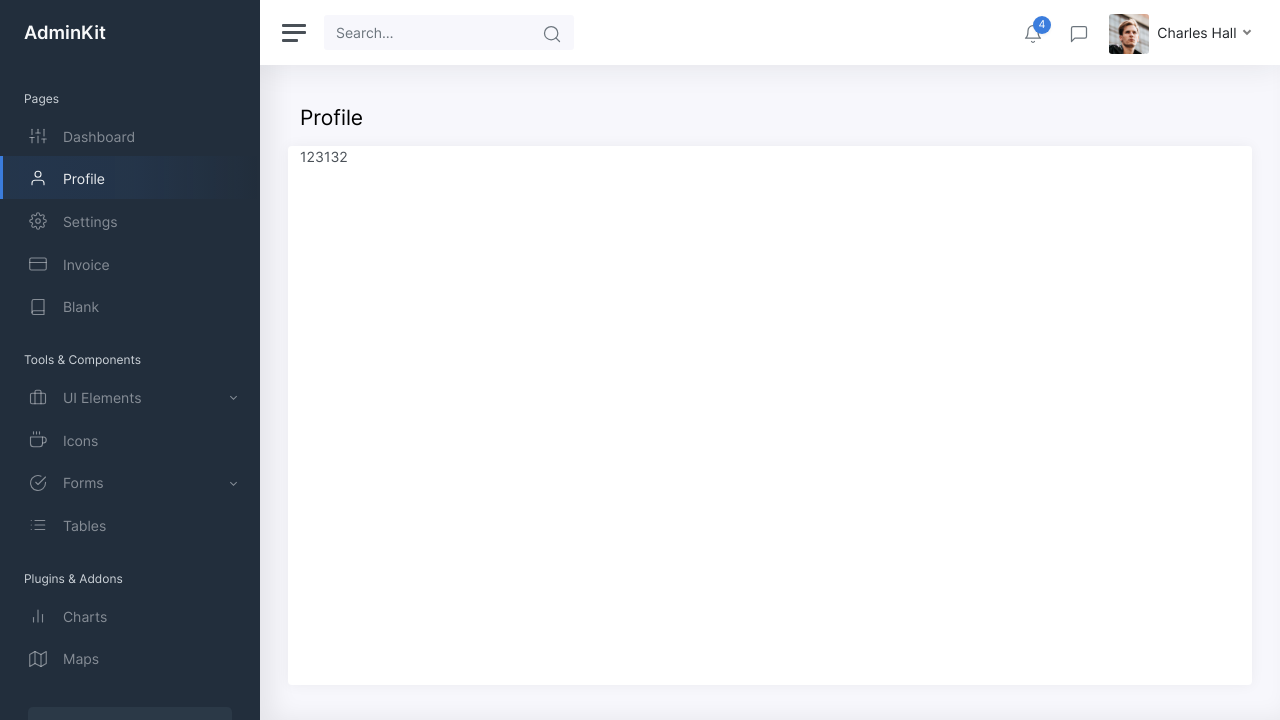
Repository: yuwei0922/WHURS-WGIS
Page: final_project/pages-profile.html
The author's editor kept a copy of each file at every save. The page is drawn from the files as they stood at one save, then again after the next save.
The browser window is 1280 px wide. The pictures show the whole page.

Above is the page before, as saved 2022-12-21 20:46:56.
Not found: final_project/js/vendor.js

After the next save:
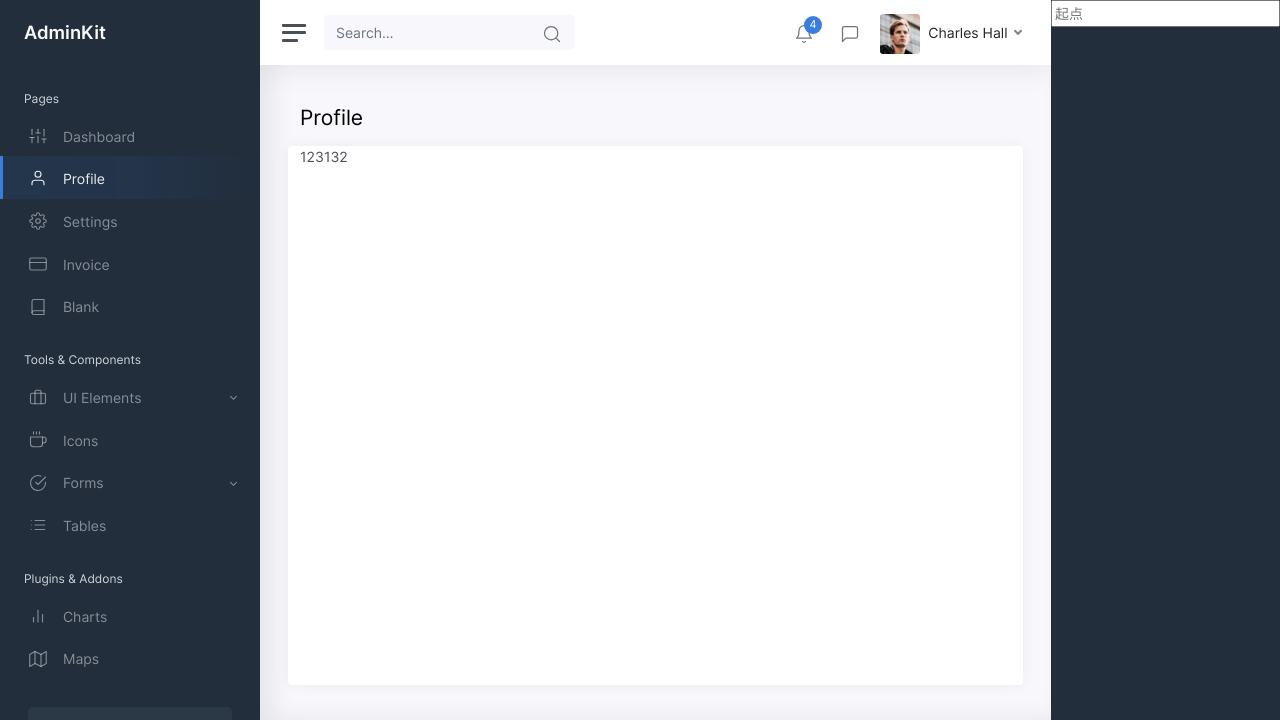
Saved 74 s later.
--- a/final_project/pages-profile.html
+++ b/final_project/pages-profile.html
@@ -303,13 +303,11 @@
 					<div class="row map-background">
 						<div class="card col-12 mapcontent">123132</div>
 					</div>
-					<div class="select-contronller">
-						<input type="text" placeholder="起点" name="ori" class="input-ori">
-						123131
-					</div>
 				</div>
-
 			</main>
+		</div>
+	<div class="select-contronller">
+		<input type="text" placeholder="起点" name="ori" class="input-ori">
 		</div>
 	</div>
 	<script src="js/vendor.js"></script>

After the save that followed:
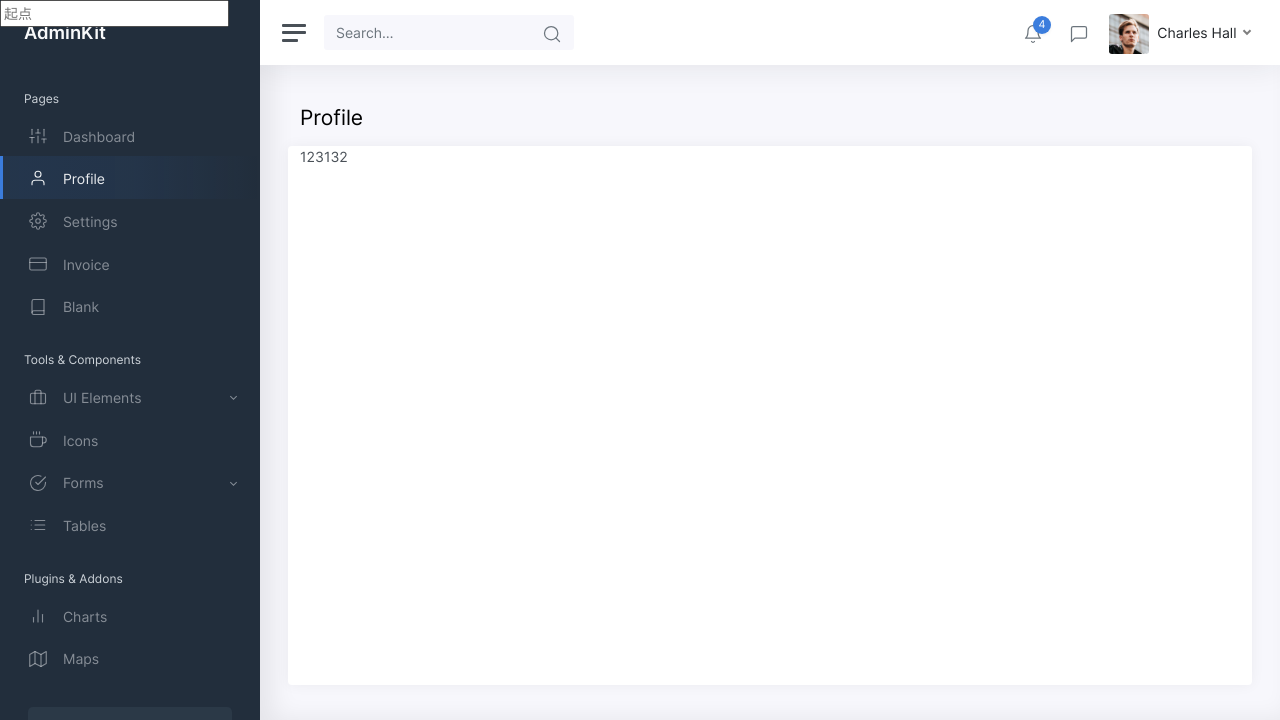
Saved 45 s later.
--- a/final_project/pages-profile.html
+++ b/final_project/pages-profile.html
@@ -15,7 +15,7 @@
 </head>
 
 <body>
-	<div class="wrapper">
+	<div class="wrapper" style="position: relative;">
 		<nav id="sidebar" class="sidebar">
 			<div class="sidebar-content js-simplebar">
 				<a class="sidebar-brand" href="index.html">
--- a/final_project/css/content.css
+++ b/final_project/css/content.css
@@ -1,6 +1,5 @@
 .map-background{
     height:100%;
-    position: relative;
 }
 
 .mapcontent{
@@ -8,6 +7,7 @@
 }
 
 .select-contronller{
+    position: absolute;
 
 }
 
